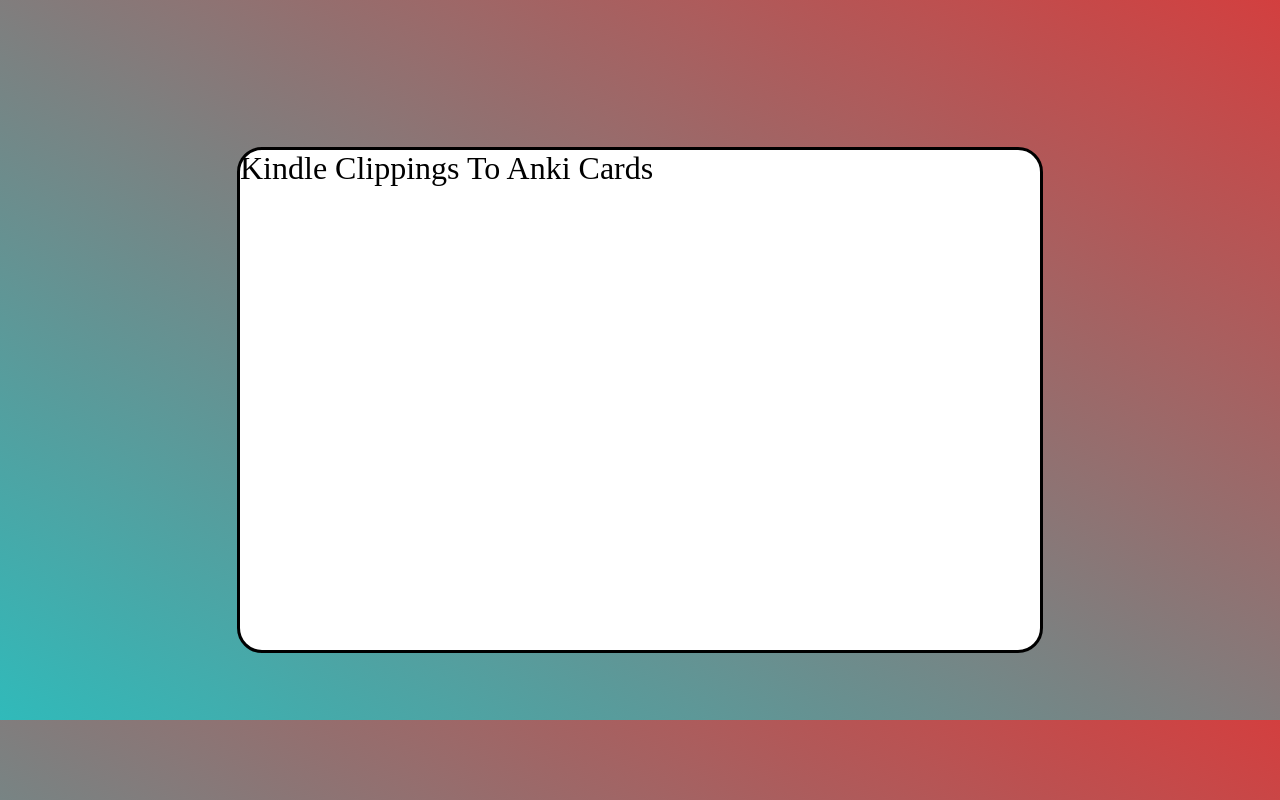
Repository: Lewisjohnward/kindle-clippings-to-cards
Page: /
The author's editor kept a copy of each file at every save. The page is drawn from the files as they stood at one save, then again after the next save.
The browser window is 1280 px wide. The pictures show the whole page.
Backgrounds fixed to the window are drawn as part of the page. The project was rebuilt for these pictures with package versions that can differ from the ones it lists, and the page was loaded fresh each time.

Above is the page before, as saved 2021-10-28 20:40:23.

### public/index.html
<!DOCTYPE html>
<html lang="en">
  <head>
    <meta charset="utf-8" />
    <link rel="icon" href="%PUBLIC_URL%/favicon.ico" />
    <meta name="viewport" content="width=device-width, initial-scale=1" />
    <meta name="theme-color" content="#000000" />
    <meta
      name="description"
      content="Web site created using create-react-app"
    />
    <link rel="apple-touch-icon" href="%PUBLIC_URL%/logo192.png" />
    <!--
      manifest.json provides metadata used when your web app is installed on a
      user's mobile device or desktop. See https://developers.google.com/web/fundamentals/web-app-manifest/
    -->
    <link rel="manifest" href="%PUBLIC_URL%/manifest.json" />
    <link rel="preconnect" href="https://fonts.googleapis.com">
<link rel="preconnect" href="https://fonts.gstatic.com" crossorigin>
<link href="https://fonts.googleapis.com/css2?family=Dancing+Script:wght@600&display=swap" rel="stylesheet">
    <!--
      Notice the use of %PUBLIC_URL% in the tags above.
      It will be replaced with the URL of the `public` folder during the build.
      Only files inside the `public` folder can be referenced from the HTML.

      Unlike "/favicon.ico" or "favicon.ico", "%PUBLIC_URL%/favicon.ico" will
      work correctly both with client-side routing and a non-root public URL.
      Learn how to configure a non-root public URL by running `npm run build`.
    -->
    <title>React App</title>
  </head>
  <body>
    <noscript>You need to enable JavaScript to run this app.</noscript>
    <div id="root"></div>
    <!--
      This HTML file is a template.
      If you open it directly in the browser, you will see an empty page.

      You can add webfonts, meta tags, or analytics to this file.
      The build step will place the bundled scripts into the <body> tag.

      To begin the development, run `npm start` or `yarn start`.
      To create a production bundle, use `npm run build` or `yarn build`.
    -->
  </body>
</html>

### src/index.js
import React from "react"
import ReactDOM from "react-dom"
import App from "./App"
ReactDOM.render(<App />, document.getElementById('root'))

### src/App.js
import styled, { createGlobalStyle } from "styled-components";

const GlobalStyle = createGlobalStyle`
body,
html {
  height: 100%;
}
    body{
        height: 100%;
        margin: 0;
        padding: 0;
        background-repeat: no-repeat;
        background-attachment: fixed;
        background-image: linear-gradient(
            30deg,
            rgb(48, 186, 186),
            rgb(211, 63, 63)
        );

    }
`;

const Frame = styled.div`
  display: flex;
  align-items: center;
  justify-content: center;
  height:   800px;
`;

const MainContainer = styled.div`
  width: 800px;
  height: 500px;
  border: solid black;

  border-radius: 25px;
  background: white;
`;
const Title = styled.div`
    font-size: 2rem;
`

const App = () => {
  return (
    <>
      <GlobalStyle />
      <Frame>
        <MainContainer>
            <Title>Kindle Clippings To Anki Cards</Title>
        </MainContainer>
      </Frame>
    </>
  );
};

export default App;

After the next save:
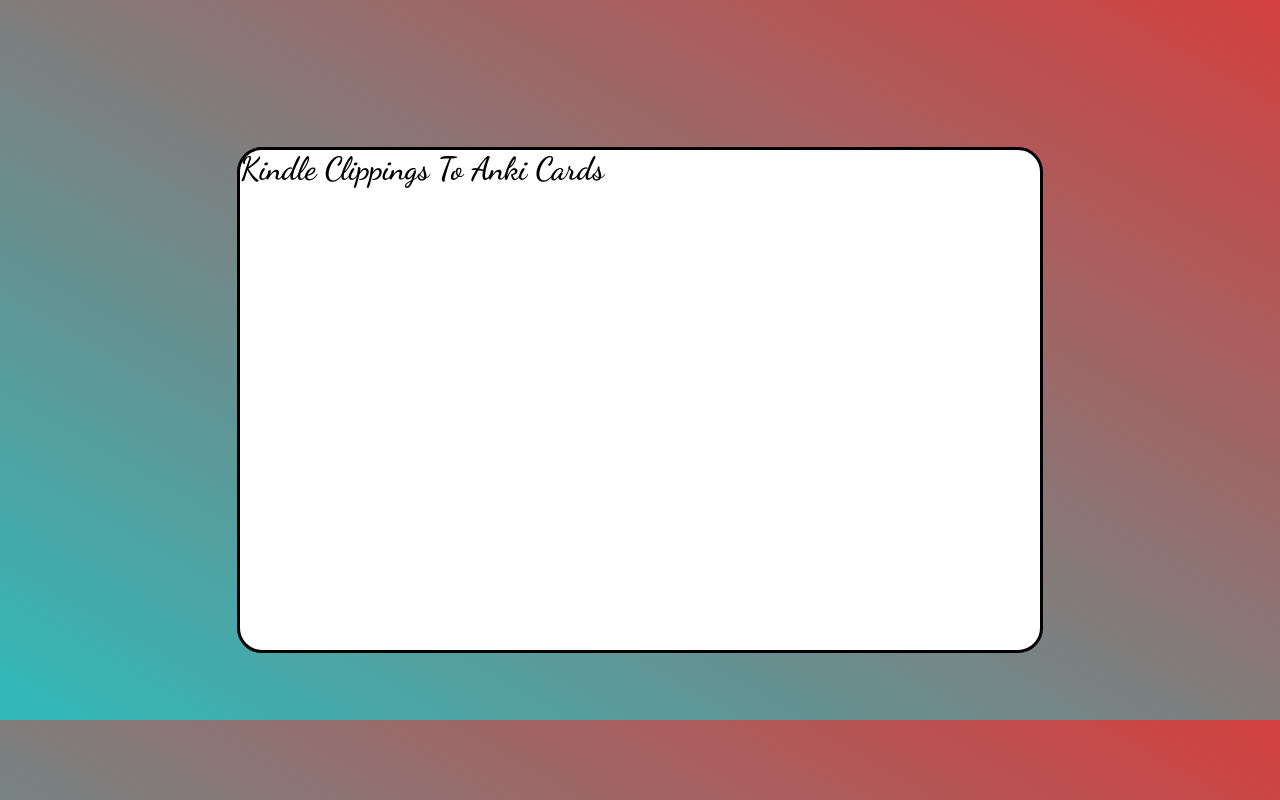
Saved 15 s later.
--- a/src/App.js
+++ b/src/App.js
@@ -36,6 +36,7 @@
   background: white;
 `;
 const Title = styled.div`
+    font-family: 'Dancing Script', cursive;
     font-size: 2rem;
 `
 
